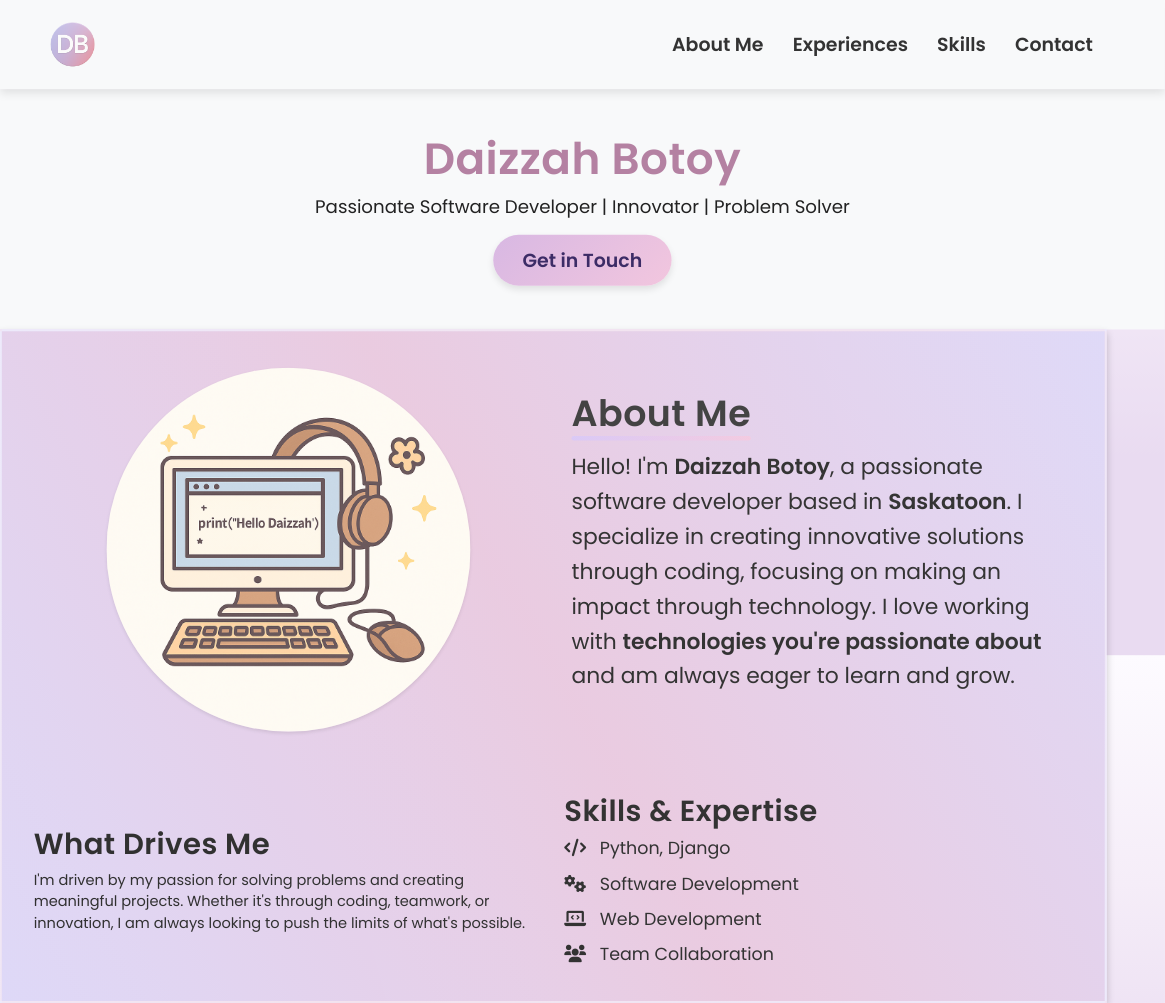
Repository: daizzah/daizzah-portfolio
Page: aboutme.html
The author's editor kept a copy of each file at every save. The page is drawn from the files as they stood at one save, then again after the next save.
The browser window is 1280 px wide. The pictures show the whole page, at 91% of full size.
Backgrounds fixed to the window are drawn as part of the page.

Above is the page before, as saved 2025-04-01 23:42:32.

### aboutme.html
<!DOCTYPE html>
<html lang="en">
    <head>
        <meta charset="UTF-8">
        <meta name="viewport" content="width=device-width, initial-scale=1.0">
        <title>Daizzah Botoy - About Me</title>
        <link href="https://cdn.jsdelivr.net/npm/bootstrap@5.3.1/dist/css/bootstrap.min.css" rel="stylesheet">
        <link href="https://cdnjs.cloudflare.com/ajax/libs/font-awesome/6.0.0-beta3/css/all.min.css" rel="stylesheet">
        <link href="https://fonts.googleapis.com/css2?family=Poppins:wght@400;500;600&display=swap" rel="stylesheet">
        <link rel="stylesheet" href="styles.css">
    </head>
    <body>
        <nav class="navbar navbar-expand-lg navbar-light bg-light sticky-top">
            <div class="container">
                <a class="navbar-brand" href="#">
                    <img src="assets/db_icon.png" alt="DB Logo" style="height: 50px; width: 50px; border-radius: 50%; object-fit: cover; box-shadow: none; background: none;">
                  </a>
                <button
                    class="navbar-toggler"
                    type="button"
                    data-bs-toggle="collapse"
                    data-bs-target="#navbarNav"
                    aria-controls="navbarNav"
                    aria-expanded="false"
                    aria-label="Toggle navigation"
                >
                    <span class="navbar-toggler-icon"></span>
                </button>
                <div class="collapse navbar-collapse" id="navbarNav">
                    <ul class="navbar-nav ms-auto">
                        <li class="nav-item">
                            <a class="nav-link" href="#aboutme">About Me</a>
                        </li>
                        <li class="nav-item">
                            <a class="nav-link" href="#experiences">Experiences</a>
                        </li>
                        <li class="nav-item">
                            <a class="nav-link" href="#skills">Skills</a>
                        </li>
                        <li class="nav-item">
                            <a class="nav-link" href="#contact">Contact</a>
                        </li>
                    </ul>
                </div>
            </div>
        </nav>
        <section id="hero" class="text-center py-5 bg-light">
            <div class="container">
                <h1 class="hero-name"><span class="emphasized-name">Daizzah Botoy</span>
                  </h1>
              <p class="lead">Passionate Software Developer | Innovator | Problem Solver</p>
              <a href="#contact" class="btn btn-primary btn-lg">Get in Touch</a>
            </div>
          </section>

        <section id="about-me">
            <div class="pink-box">
                <div class="container">
                    <div class="row align-items-center">
                        <div class="col-md-6 text-center"> <!-- Added text-center to center the image -->
                            <img src="assets/doodle.png" class="profile-img img-fluid">
                        </div>
                        <div class="col-md-6">
                            <h1 id="about-title">About Me</h1>
                            <p class="bio">Hello! I'm <strong>Daizzah Botoy</strong>, a passionate software developer based in <strong>Saskatoon</strong>. I specialize in creating innovative solutions through coding, focusing on making an impact through technology. I love working with <strong>technologies you're passionate about</strong> and am always eager to learn and grow.</p>
                        </div>
                    </div>
                    <!-- Additional Details Section -->
                    <div class="row mt-5">
                        <div class="col">
                            <h2>What Drives Me</h2>
                            <p>
                                I'm driven by my passion for solving problems and creating meaningful projects.
                        Whether it's through coding, teamwork, or innovation, I am always looking to push the limits of what's possible.
                            </p>
                        </div>
                        <div class="col">
                            <h2>Skills & Expertise</h2>
                            <ul class="skills-list">
                                <li>
                                    <i class="fas fa-code"></i>
                                    Python, Django
                                </li>
                                <li>
                                    <i class="fas fa-cogs"></i>
                                    Software Development
                                </li>
                                <li>
                                    <i class="fas fa-laptop-code"></i>
                                    Web Development
                                </li>
                                <li>
                                    <i class="fas fa-users"></i>
                                    Team Collaboration
                                </li>
                            </ul>
                        </div>
                    </div>
                    <!-- <div class="row mt-5">

                    </div> -->
                </div>
            </div>
        </section>
    </body>
</html>

### styles.css
html,
body {
	height: auto;
	min-height: 100vh;
	margin: 0;
	padding: 0;
	font-family: "Poppins", serif;
	background: linear-gradient(180deg, #fdfbff 0%, #f5edf8 35%, #e9dbf1 70%);
	background-repeat: no-repeat;
	background-attachment: fixed;
	display: flex;
	flex-direction: column;
}

/* ANIMATIONS */
@keyframes fadeIn {
	from {
		opacity: 0;
		transform: translateY(20px);
	}

	to {
		opacity: 1;
		transform: translateY(0);
	}
}

@keyframes slideIn {
	0% {
		background-position: 100% 0;
	}

	100% {
		background-position: 0 0;
	}
}

@keyframes rollIn {
	0% {
		transform: rotateX(90deg);
		opacity: 0;
	}

	100% {
		transform: rotateX(0deg);
		opacity: 1;
	}
}

/* NAVIGATION BAR */
.navbar {
	background-color: #dedde3;
	padding: 1.5rem 1rem;
	font-size: 1.2rem;
	font-weight: 600;
	box-shadow: 0 4px 10px rgba(0, 0, 0, 0.1);
}

.navbar-brand {
	padding: 0;
	border-radius: 0;
	box-shadow: none;
	background: none;
}

.navbar-brand img {
	height: 40px;
	width: 40px;
	border-radius: 50%;
	object-fit: cover;
}

.navbar-brand:hover {
	box-shadow: 0 0 20px rgba(0, 0, 0, 0.3);
	/* Slightly stronger shadow on hover */
}

.navbar-nav .nav-link {
	transition: color 0.3s ease, transform 0.3s ease;
	font-weight: 600;
	font-size: 1.3rem;
	/* Larger font size for more impact */
	margin-right: 1rem;
	color: #333;
}

.navbar-nav .nav-link:hover {
	color: #5a4b81;
	transform: scale(1.05);
}

.navbar-nav .nav-link.active {
	color: #5a4b81;
	border-bottom: 2px solid #5a4b81;
}

/* TITLE */
.title-container,
.description-container {
	max-width: 1000px;
	/* Ensure both have the same width */
	margin: 0 auto;
	/* Center them */
	padding: 1.5rem;
	/* Add padding to both for consistency */
}

.title-container {
	text-align: left;
	justify-content: flex-start;
	/* Align content to the left */
	margin-top: 1rem;
}

.title-container .roll-in {
	display: inline-block;
	transform: rotateX(90deg);
	opacity: 0;
	animation: rollIn 0.3s ease forwards;
}


.subheading1 {
	font-size: 2.5rem;
	font-weight: 600;
}

.title-name {
	position: relative;
	display: inline-block;
	font-size: 4rem;
	font-weight: 600;
	color: #222;
}

.title-name::after {
	content: '';
	position: absolute;
	bottom: -10px;
	left: 0;
	width: 100%;
	height: 4px;
	background: linear-gradient(90deg, #d3b6f2, #f2c6de);
	border-radius: 2px;
}


.subheading2 {
	font-size: 2.5rem;
}


/* DESCRIPTION */
.description-container {
	display: flex;
	justify-content: flex-start;
	/* Align items to the left */
	align-items: flex-start;
	gap: 6rem;
}

.description-wrapper {
	display: flex;
	flex-direction: column;
	text-align: left;
}

.description-wrapper .btn-lg {
	margin-top: 1rem;
}

.short-description {
	font-family: "Poppins", sans-serif;
	font-weight: 500;
	/* Poppins has more thickness at 500 */
	max-width: 650px;
	/* Wider box */
	text-align: left;
	background-color: #f7f5ff;
	/* White background */
	padding: 2rem;
	/* Increase padding for more spacious feel */
	border-radius: 4px;
	/* Smooth, rounded corners */
	font-size: 1.3rem;
	/* Larger font size for readability */
	box-shadow: 0 15px 30px rgba(0, 0, 0, 0.1);
	/* Soft shadow for depth */
	animation: fadeIn 1s ease-in-out;
	line-height: 1.75;
	/* Line spacing for better readability */
	color: #333;
	/* Darker text for contrast */
}

.short-description h3 {
	font-size: 2rem;
	font-weight: 600;
	color: #333;
	/* Darker color for headings */
	margin-bottom: 1rem;
	/* Space after headings */
}

.short-description p {
	font-weight: 500;
	/* Adjust text weight for paragraphs (description) */
	font-stretch: expanded;
	margin-bottom: 1.5rem;
	/* Space between paragraphs */
}

.short-description .highlight {
	font-weight: bold;
	color: #5a4b81;
}

.short-description .cta-link {
	color: #5a4b81;
	font-weight: 600;
	text-decoration: underline;
	cursor: pointer;
}

.short-description:hover {
	box-shadow: 0 20px 40px rgba(0, 0, 0, 0.15);
	/* Stronger shadow on hover */
	transform: scale(1.05);
	/* Scale up effect */
	transition: all 0.3s ease;
}

.short-description .cta-link:hover {
	color: #3c2c66;
}

/* BUTTONS */
.button-container {
	display: flex;
	justify-content: center;
	gap: 3rem;
	margin-top: 1.1rem;
}

.btn-lg {
	padding: 0.8rem 2rem;
	font-size: 1.3rem;
	font-weight: 600;
	border: none;
	border-radius: 50px;
	background: linear-gradient(135deg, #d8b8e3, #f2c6de);
	color: #3c2c66;
	box-shadow: 0 4px 8px rgba(0, 0, 0, 0.1);
	transition: all 0.3s ease;
}

.btn-lg:hover {
	background: linear-gradient(135deg, #cda1da, #e8acc5);
	transform: translateY(-2px);
	box-shadow: 0 6px 12px rgba(0, 0, 0, 0.15);
}

.fade-in {
	opacity: 0;
	transform: translateY(20px);
	/* Adds a smooth upward motion */
	transition: opacity 0.5s ease, transform 0.5s ease;
}

.fade-in.visible {
	opacity: 1;
	transform: translateY(0);
}

/* PICTURES */
.profile-section {
	display: flex;
	flex-direction: column;
	/* Stack vertically */
	align-items: center;
	/* Horizontally center children */
	justify-content: center;
	/* Ensure proper vertical alignment */
	gap: 28px;
	/* Space between children */
}

.profile-picture {
	max-width: 400px;
	max-height: 400px;
	border-radius: 4px;
	box-shadow: 0 2px 4px rgba(0, 0, 0, 0.1);
	animation: fadeIn 1s ease-in-out;
	transition: transform 0.3s ease, box-shadow 0.3s ease;
}

.profile-picture:hover {
	transform: scale(1.1);
	box-shadow: 0 4px 8px rgba(0, 0, 0, 0.15);
}

.profile-link {
	position: relative;
	/* Ensures tooltip is positioned relative to this element */
	display: inline-block;
	/* Ensures proper layout for the tooltip */
}

.profile-link::after {
	content: "Click for LinkedIn";
	/* Tooltip text */
	position: absolute;
	top: -50px;
	/* Position below the profile picture */
	left: 50%;
	/* Center horizontally */
	transform: translateX(-50%);
	background-color: rgba(0, 0, 0, 0.7);
	/* Semi-transparent black background */
	color: white;
	padding: 5px 10px;
	font-size: 15px;
	border-radius: 4px;
	white-space: nowrap;
	opacity: 0;
	/* Initially hidden */
	pointer-events: none;
	/* Prevent interaction with the tooltip */
	transition: opacity 0.3s ease;
}

.profile-link:hover::after {
	opacity: 1;
	/* Show tooltip on hover */
}

.languages-container {
	background-color: #ece4ff;
	padding: 2rem;
	border-radius: 4px;
	max-width: 600px;
	margin-top: 1.5rem;
	box-shadow: 0 4px 8px rgba(0, 0, 0, 0.1);
}

.languages-icons {
	display: flex;
	flex-wrap: wrap;
	gap: 10px;
	justify-content: center;
	/* Center the icons inside the container */
}

.language-icon {
	position: relative;
	display: inline-block;
	width: 70px;
	/* Adjust size to fit icons */
}

.language-icon img:hover {
	transform: scale(1.1);
	/* Slight zoom on hover */
}

.language-icon img {
	width: 53px;
	height: 53px;
}

.language-icon::after {
	content: attr(data-name);
	position: absolute;
	top: -30px;
	left: 50%;
	transform: translateX(-50%);
	padding: 5px;
	background-color: rgba(0, 0, 0, 0.7);
	color: white;
	font-size: 13px;
	border-radius: 4px;
	opacity: 0;
	pointer-events: none;
	transition: opacity 0.3s ease;
}

.language-icon:hover::after {
	opacity: 1;
}

.languages-container,
.profile-picture {
	margin: 0 auto;
}

/* CARD */

.card {
	transition: transform 0.3s ease, box-shadow 0.3s ease;
	/* Smooth transition */
	border-radius: 8px;
	/* Reduce border radius significantly */
	box-shadow: 0 2px 6px rgba(0, 0, 0, 0.08);
	/* Less pronounced shadow */
	background-color: #f7f5ff;
	border: none;
	/* Remove border completely */
}

.card:hover {
	transform: translateY(-5px);
	box-shadow: 0 6px 15px rgba(0, 0, 0, 0.1);
}

.card-body {
	padding: 1.5rem;
	color: #333;
}

.card-img-top {
	border-radius: 5px;
}

.card-title {
	font-weight: 600;
	color: #333;
}

.card-text {
	font-size: 1rem;
	color: #333;
}

.experience-title,
.section-header {
	font-size: 2rem;
	font-weight: 700;
	color: #2b2b2b;
	margin-bottom: 1.5rem;
	border-left: 6px solid #b583c6;
	padding-left: 1rem;
	background: none;
	box-shadow: none;
	text-transform: none;
	letter-spacing: 0;
}


.experience-title:hover {
	transform: translateY(-4px);
	box-shadow: 0 6px 15px rgba(0, 0, 0, 0.15);
}


/* About Me Section */
.pink-box {
	background: linear-gradient(60deg, #dcd6f7, #e8c7de, #dcd6f7);
	padding: 20px;
	max-width: 95%;
	box-shadow: 0 4px 8px rgba(0, 0, 0, 0.2);
	position: relative;
	overflow: hidden;
	border: 2px solid rgba(255, 255, 255, 0.5);
}

.pink-box::after {
	content: '';
	position: absolute;
	top: -50%;
	left: -50%;
	width: 200%;
	height: 200%;
	background: linear-gradient(45deg, rgba(255, 255, 255, 0.05), rgba(255, 255, 255, 0.1));
	transform: rotate(30deg);
	pointer-events: none;
}

#about-title {
	font-size: 2.5rem;
	font-weight: bold;
	color: #333333;
	margin-bottom: 1rem;
	position: relative;
	display: inline-block;
}

#about-title::after {
	content: '';
	position: absolute;
	left: 0;
	bottom: -6px;
	width: 100%;
	height: 5px;
	background: linear-gradient(to right, #d7c5f5, #f2c6de);
	border-radius: 3px;
}

.container {
	max-width: 1200px;
	margin: 0 auto;
	padding: 0 15px;
}

.text-center {
	text-align: center;
}

.row {
	display: flex;
	align-items: center;
	/* Vertically centers the content */
}

.profile-img {
	width: 100%;
	/* Makes the image responsive */
	max-width: 400px;
	/* Increase from 300px to 400px (or your preferred size) */
	height: auto;
	/* Maintains aspect ratio */
	border-radius: 50%;
	/* Optional: Makes the image circular */
	box-shadow: 0 2px 4px rgba(0, 0, 0, 0.1);
}

.profile-img:hover {
	box-shadow: 0 4px 8px rgba(0, 0, 0, 0.15);
}

.col-md-6 {
	padding: 20px;
	/* Adds space inside the text column */
}

.col-md-7 {
	padding: 20px;
	/* Adds padding inside the text column */
}

/* Bio Section */
.bio {
	font-size: 1.5rem;
	/* Adjust size as needed */
	line-height: 1.6;
	/* Improves readability */
	color: #333;
	/* Darker text for contrast */
}

/* Skills List */
.skills-list {
	list-style: none;
	padding-left: 0;
}

.skills-list li {
	font-size: 1.2rem;
	margin-bottom: 10px;
}

.skills-list li i {
	margin-right: 10px;
}


body,
.bio,
.card-body,
.short-description p {
	color: #222222;
}

footer,
.container.my-5 {
	background-color: transparent !important;
}

footer {
	margin-top: auto;
}

.subheading1,
.title-name,
.subheading2,
.experience-title,
#about-title {
	color: #333333;
	/* neutral dark grey instead of purple */
}

.hero-left {
	text-align: left;
	max-width: 600px;
	display: flex;
	flex-direction: column;
	gap: 0.3rem;
}

.hero-lines {
	display: flex;
	flex-direction: column;
	line-height: 1.2;
}


.hero-hi {
	font-size: 2.5rem;
	font-weight: 600;
	color: #333333;
	margin-bottom: 0.2rem;
	line-height: 1.2;
}

.wave {
	display: inline-block;
	animation: wave 2s infinite;
	transform-origin: 70% 70%;
}

@keyframes wave {
	0% {
		transform: rotate(0.0deg);
	}

	10% {
		transform: rotate(14.0deg);
	}

	20% {
		transform: rotate(-8.0deg);
	}

	30% {
		transform: rotate(14.0deg);
	}

	40% {
		transform: rotate(-4.0deg);
	}

	50% {
		transform: rotate(10.0deg);
	}

	60% {
		transform: rotate(0.0deg);
	}

	100% {
		transform: rotate(0.0deg);
	}
}


.hero-name {
	font-size: 3rem;
	font-weight: 700;
	color: #2b2b2b;
	margin-bottom: 0.5rem;
	line-height: 1.2;
}

.emphasized-name {
	color: #B481A2;
}

.hero-subtitle {
	font-size: 1.2rem;
	font-weight: 500;
	color: #444;
}


.section-header {
	background-color: #e6dcf0;

	padding: 0.8rem 1.5rem;
	font-size: 1.7rem;
	font-weight: 700;
	border-left: 6px solid #b583c6;
	box-shadow: 0 2px 5px rgba(0, 0, 0, 0.1);
	margin-bottom: 1.2rem;
}


.contact-form {
	background: linear-gradient(135deg, #fdfbff, #f6eaf5);
	border: 2px solid #f2c6de;
	padding: 2.5rem;
	border-radius: 12px;
	box-shadow: 0 15px 30px rgba(181, 131, 198, 0.1);
	max-width: 800px;
	margin: 0 auto;
	transition: all 0.3s ease-in-out;
}

.contact-form label {
	font-weight: 600;
	color: #3c2c66;
}

.contact-form .form-control {
	border-radius: 8px;
	border: 1px solid #ccc;
	box-shadow: none;
	padding: 0.75rem 1rem;
	font-size: 1rem;
}

.contact-form .form-control:focus {
	border-color: #e26f8f;
	box-shadow: 0 0 0 0.2rem rgba(226, 111, 143, 0.25);
	outline: none;
}

.contact-form button[type="submit"] {
	font-weight: 600;
	background: linear-gradient(135deg, #e26f8f, #d198b7);
	border: none;
	border-radius: 50px;
	color: white;
	padding: 0.7rem 2rem;
	margin-top: 1rem;
	transition: background 0.3s ease;
}

.contact-form button[type="submit"]:hover {
	background: linear-gradient(135deg, #d45b78, #ba6e95);
	transform: translateY(-2px);
}


.fancy-header {
	display: flex;
	align-items: center;
	gap: 0.75rem;
	font-size: 2.3rem;
	font-weight: 700;
	color: #2b2b2b;
	margin-bottom: 1.8rem;
	border-left: 6px solid #e26f8f;
	padding-left: 1rem;
	background: linear-gradient(90deg, #f6eaf5, #fdfbff);
	box-shadow: 0 2px 6px rgba(0, 0, 0, 0.08);
	border-radius: 8px;
}

.fancy-header .emoji {
	font-size: 2.5rem;
	animation: wave 2s infinite;
	transform-origin: 70% 70%;
}

.fancy-header .headline {
	background: linear-gradient(to right, #e26f8f, #d198b7);
	-webkit-background-clip: text;
	-webkit-text-fill-color: transparent;
}

.pretty-header {
	background: linear-gradient(90deg, #ffe9f0, #fdfbff);
	display: inline-block;
	padding: 0.8rem 2rem;
	border-radius: 12px;
	font-weight: 700;
	font-size: 1.8rem;
	color: #cc4e78;
	box-shadow: 0 4px 15px rgba(0, 0, 0, 0.05);
	margin-bottom: 2.5rem;
	/* 👈 this adds space below */
}


.pretty-header .emoji {
	font-size: 1.8rem;
	animation: wave 2s infinite;
	transform-origin: 70% 70%;
}


body,
input,
textarea,
button,
label {
	font-family: 'Poppins', sans-serif;
}

h1,
h2,
h3,
h4,
.headline {
	font-weight: 600;
	letter-spacing: 0.5px;
}

After the next save:
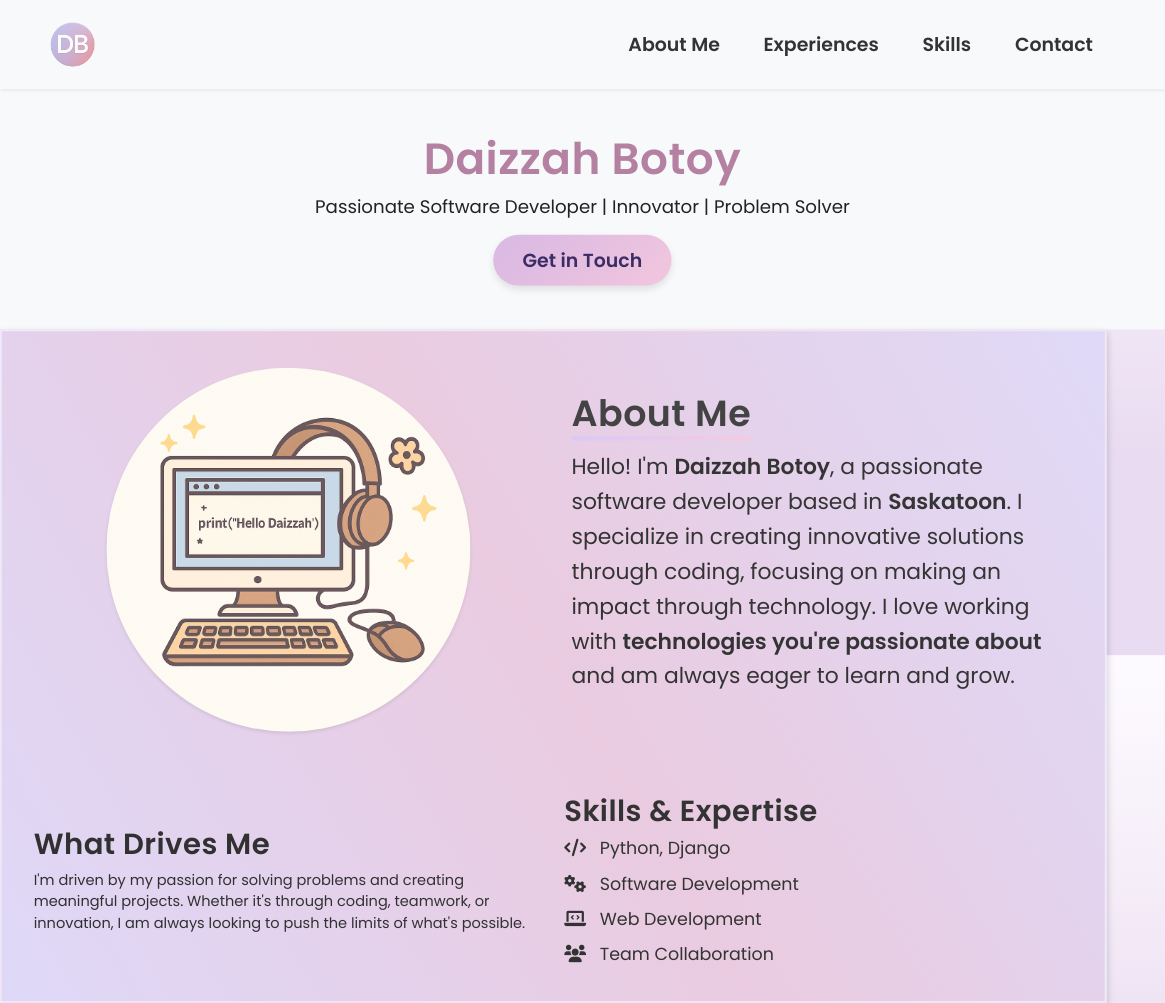
Saved 1 s later.
--- a/aboutme.html
+++ b/aboutme.html
@@ -10,40 +10,25 @@
         <link rel="stylesheet" href="styles.css">
     </head>
     <body>
-        <nav class="navbar navbar-expand-lg navbar-light bg-light sticky-top">
+        <nav class="navbar navbar-expand-lg navbar-light bg-light sticky-top shadow-sm">
             <div class="container">
-                <a class="navbar-brand" href="#">
-                    <img src="assets/db_icon.png" alt="DB Logo" style="height: 50px; width: 50px; border-radius: 50%; object-fit: cover; box-shadow: none; background: none;">
-                  </a>
-                <button
-                    class="navbar-toggler"
-                    type="button"
-                    data-bs-toggle="collapse"
-                    data-bs-target="#navbarNav"
-                    aria-controls="navbarNav"
-                    aria-expanded="false"
-                    aria-label="Toggle navigation"
-                >
-                    <span class="navbar-toggler-icon"></span>
-                </button>
-                <div class="collapse navbar-collapse" id="navbarNav">
-                    <ul class="navbar-nav ms-auto">
-                        <li class="nav-item">
-                            <a class="nav-link" href="#aboutme">About Me</a>
-                        </li>
-                        <li class="nav-item">
-                            <a class="nav-link" href="#experiences">Experiences</a>
-                        </li>
-                        <li class="nav-item">
-                            <a class="nav-link" href="#skills">Skills</a>
-                        </li>
-                        <li class="nav-item">
-                            <a class="nav-link" href="#contact">Contact</a>
-                        </li>
-                    </ul>
-                </div>
+              <a class="navbar-brand" href="index.html">
+                <img src="assets/db_icon.png" alt="DB Logo" style="height: 50px; width: 50px; border-radius: 50%;">
+              </a>
+              <button class="navbar-toggler" type="button" data-bs-toggle="collapse" data-bs-target="#navbarNav">
+                <span class="navbar-toggler-icon"></span>
+              </button>
+              <div class="collapse navbar-collapse" id="navbarNav">
+                <ul class="navbar-nav ms-auto gap-3">
+                  <li class="nav-item"><a class="nav-link" href="aboutme.html#aboutme">About Me</a></li>
+                  <li class="nav-item"><a class="nav-link" href="experiences.html#experiences">Experiences</a></li>
+                  <li class="nav-item"><a class="nav-link" href="skills.html#skills">Skills</a></li>
+                  <li class="nav-item"><a class="nav-link" href="contact.html#contact">Contact</a></li>
+                </ul>
+              </div>
             </div>
-        </nav>
+          </nav>
+
         <section id="hero" class="text-center py-5 bg-light">
             <div class="container">
                 <h1 class="hero-name"><span class="emphasized-name">Daizzah Botoy</span>
